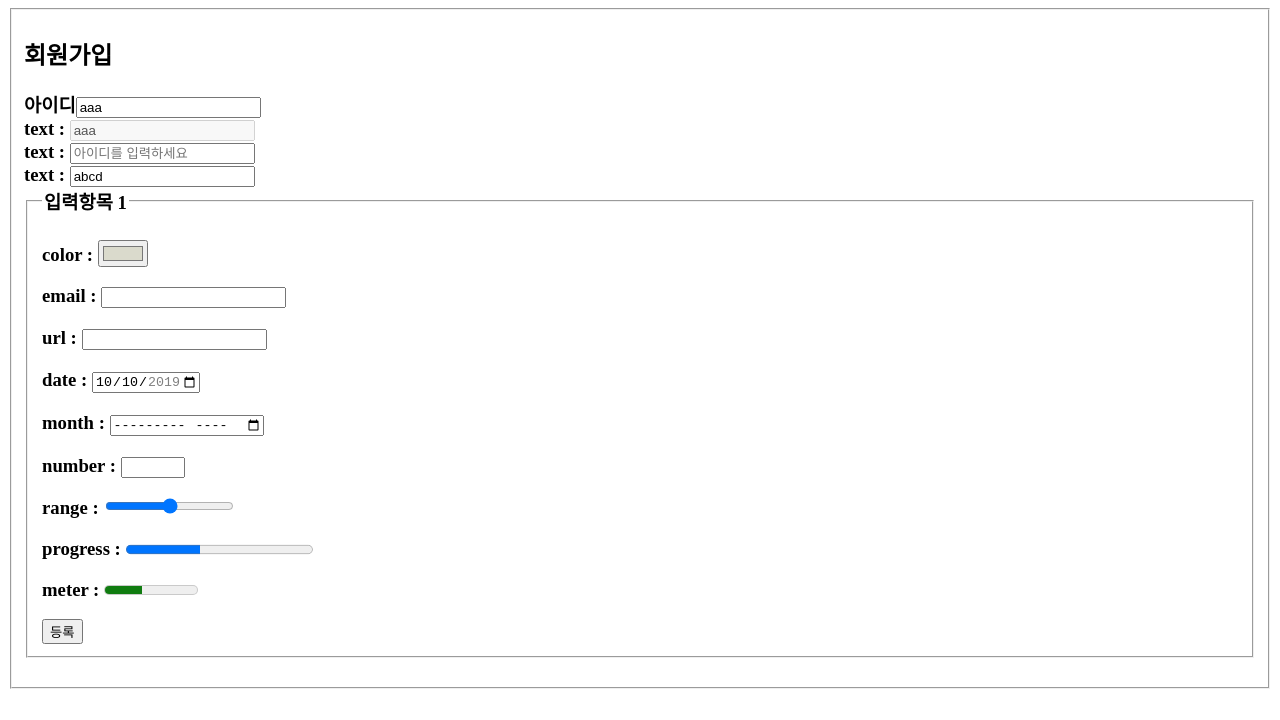
Repository: agheha/trillion
Page: YH/login/login.html
These files come from the project's save history. The page is drawn as it stood at one moment and after the next save; the edit follows.
The browser window is 1280 px wide. The pictures show the whole page.

Above is the page before, as saved 2019-09-02 20:09:45.

### YH/login/login.html
<!DOCTYPE html>
<html lang="en">
<head>
    <meta charset="UTF-8">
    <meta name="viewport" content="width=device-width, initial-scale=1.0">
    <meta http-equiv="X-UA-Compatible" content="ie=edge">
    <title>Document</title>
    <link rel="stylesheet" href="login.css">
</head>
<body>
    <form>
        <fieldset>
            <h2>회원가입</h2>
                <h3>아이디<input type="text" name="msg></h3>
                <div>비밀번호</div>
                <div>회원가입</div>
        </fieldset>
    </form>
</body>
</html>


 <!-- form에 action을 지정하지 않을경우 자기 자신의 페이지를 호출
 <form>
    <!-- 입력항목을 그룹으로 묶어서 표현 -->
    <div>
            text : <input type="text" name="msg" value="aaa" readonly>
        </div>
        <div>
            text : <input type="text" name="msg" value="aaa" disabled>
        </div>
        <div>
            text : <input type="text" name="msg" placeholder="아이디를 입력하세요">
        </div>
        <div>
             text : <input type="text" name="msg" value="abcd">
        </div>
         <div>
    <fieldset>
        <legend>입력항목 1</legend>
        <p>
            color :
            <input type="color" name="co" value="#dadacc">
        </p>
        <p>
            <!--
                required : 입력값이 필수로 입력되도록 체크

                입력값에 @가 포함되어있는지 체크
            -->
            email :
            <input type="email" name="email" required>
        </p>
        <p>
            <!-- 입력값이 http:// 시작하는지 체크 -->
            url :
            <input type="url" name="url" >
        </p>
        <p>
            date :
            <input type="date" name="date"
                   value="2019-10-10"
                   min="2019-09-01" max="2019-10-20">
        </p>
        <p>
            month :
            <input type="month" name="month" >
        </p>
        </p>
        <p>
            number :
            <input type="number" name="number"
                   min="0"
                   max="100" step="10"
            >
        </p>
        <p>
            range :
            <input type="range" name="range"
                   min="0"
                   max="100" step="5"
            >
        </p>
        <p>
            progress :
            <progress value="0.4" max="1"></progress>
        </p>
        <p>
            meter :
            <meter value="40" max="100"></meter>
        </p>
        <div>
            <button>등록</button>
        </div>
    </fieldset>
</form>
</body>
</html>

Loaded but not shown: YH/login/login.css (no copy from this time; the picture is the same without it)

After the next save:
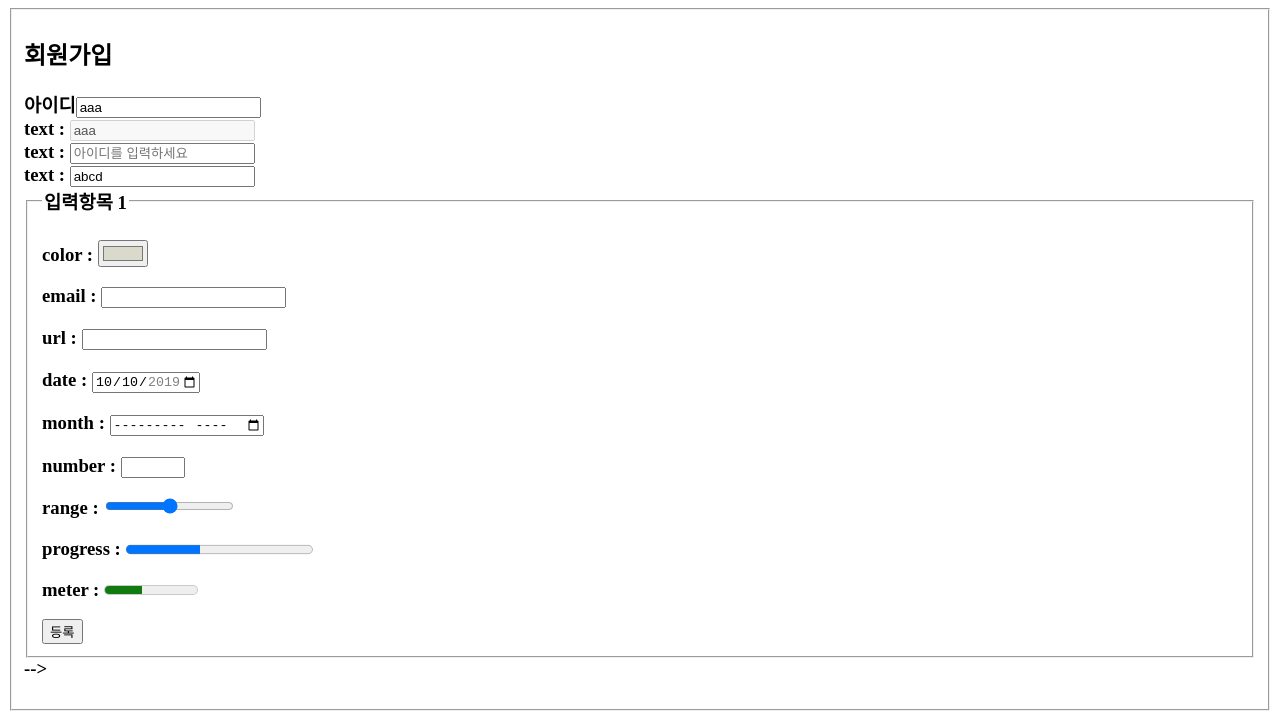
Saved 12 s later.
--- a/YH/login/login.html
+++ b/YH/login/login.html
@@ -20,7 +20,7 @@
 </html>
 
 
- <!-- form에 action을 지정하지 않을경우 자기 자신의 페이지를 호출
+ <!-- <!-- form에 action을 지정하지 않을경우 자기 자신의 페이지를 호출
  <form>
     <!-- 입력항목을 그룹으로 묶어서 표현 -->
     <div>
@@ -95,4 +95,4 @@
     </fieldset>
 </form>
 </body>
-</html>
+</html> -->
